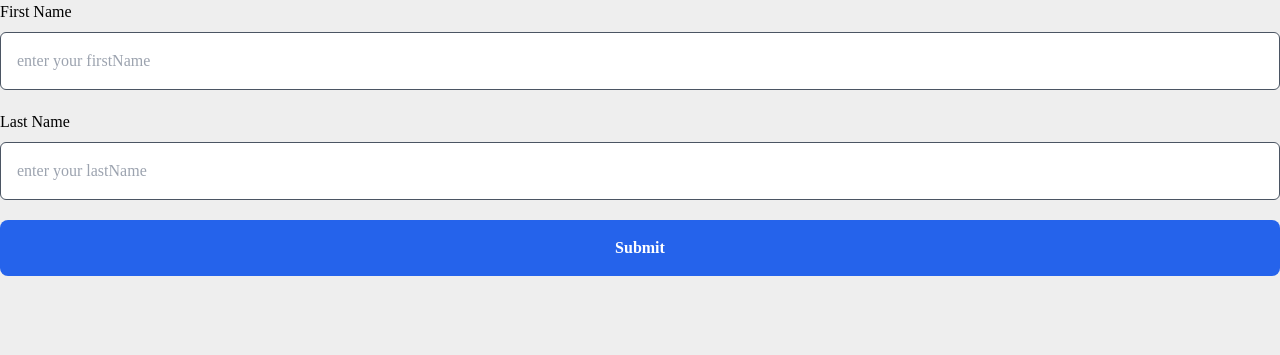
Repository: 16-Doffy/Fe-Khhoahoc
Page: /
The author's editor kept a copy of each file at every save. The page is drawn from the files as they stood at one save, then again after the next save.
The browser window is 1280 px wide. The pictures show the whole page.
The project was rebuilt for these pictures with package versions that can differ from the ones it lists, and the page was loaded fresh each time. Also part of the build but not shown: src/App.css.

Above is the page before, as saved 2025-02-11 19:47:39.

### src/index.js
import React from 'react';
import ReactDOM from 'react-dom/client';
import './index.css';
import App from './App';
import reportWebVitals from './reportWebVitals';
import "./index.scss"
const root = ReactDOM.createRoot(document.getElementById('root'));
root.render(
  <React.StrictMode>
    <App />
  </React.StrictMode>
);

// If you want to start measuring performance in your app, pass a function
// to log results (for example: reportWebVitals(console.log))
// or send to an analytics endpoint. Learn more: https://bit.ly/CRA-vitals
reportWebVitals();

### src/App.js
import "./App.css";
import SignUpFormV2 from "./components/Form/SignUpFormV2";


function App() {
  return (
    <div>
      <SignUpFormV2 />
    </div>
  );
}

export default App;

//<CardList><Card2/>
// const theme = {
//   //wanna change color in the future come here to change
//   colors: {
//     blue: "#2979ff",
//   },
//   orange: "#ffa440",
// };
// {/* <ThemeProvider theme={theme}>
// <CardList>
// <Card2 secondary={true}></Card2>
// <Card2 secondary={false}></Card2>
// <Card2 secondary={true}></Card2>
// <Card2 secondary={false}></Card2>
// <Card2 secondary={true}></Card2>
//  </CardList>
// </ThemeProvider> */}

### src/index.scss
@tailwind base;
@tailwind components;
@tailwind utilities;

@layer base {
    @import url("https://fonts.googleapis.com/css2?family=Poppins:ital,wght@0,100;0,200;0,300;0,400;0,500;0,600;0,700;0,800;0,900;1,100;1,200;1,300;1,400;1,500;1,600;1,700;1,800;1,900&display=swap");
    body{
        font-family: "Poppins", serif;
    }
}
.skeleton {
    background-color: #eee;
    background-image: linear-gradient(110deg, #ececec, 8%,#f5f5f5, 18% , #ececec, 33%);
    border-radius: 5px;
    background-size: 200% 100%;
    animation:  1.5 shine linear infinite;
}
@keyframes shine {
    to {
        background-position-x:-200% ;
    }
}

### src/components/Form/SignUpFormV2.js
import React from "react";
import { Formik, Form, Field, ErrorMessage } from "formik";
import * as Yup from "yup";

const SignUpFormV2 = () => {
  return (
    <Formik
      initialValues={{
        firstName: "",
        lastName: "",
      }}
      validationSchema={Yup.object({
        firstName: Yup.string()
          .max(20, "Must be 20 characters or less")
          .required("Required"),
        lastName: Yup.string()
          .max(10, "Must be 10 characters or less")
          .required("Required"),
      })}
      onSubmit={(values) => {
        console.log("value", values);
      }}
      className="p-10 w-full max-w-[500px] mx-auto"
    >
    <Form>
      <div className="flex flex-col gap-2 mb-5">
        <label htmlFor="firstName">First Name</label>
        <input
          type="text"
          id="firstName"
          placeholder="enter your firstName"
          className="p-4 rounded-md border border-gray-600"
        />
      </div>

      <div className="flex flex-col gap-2 mb-5">
        <label htmlFor="lastName">Last Name</label>
        <input
          type="text"
          id="lastName"
          placeholder="enter your lastName"
          className="p-4 rounded-md border border-gray-600"
        />
      </div>

      <div>
        <button
          type="submit"
          className="w-full p-4 bg-blue-600 text-white font-semibold rounded-lg"
        >
          Submit
        </button>
      </div>
      </Form>
    </Formik>
  );
};

export default SignUpFormV2;

### tailwind.config.js
/** @type {import('tailwindcss').Config} */
module.exports = {
  mode: "jit",
  content: ["./src/**/*.{html,js}"],
  theme: {
    extend: {
      backgroundImage: {
        'radiant': `linear-gradient(0.25turn, #3f87a6, #ebf8e1, #f69d3c)`,
        'footer-texture': "url('/img/footer-texture.png')", // Sửa ở đây
        'secondary-radiant': `linear-gradient(#e66465, #9198e5)`,
      },
    },
  },
  plugins: [],
}

Loaded but not shown: public/index.html (common file); src/index.css (common file); src/reportWebVitals.js (common file)

After the next save:
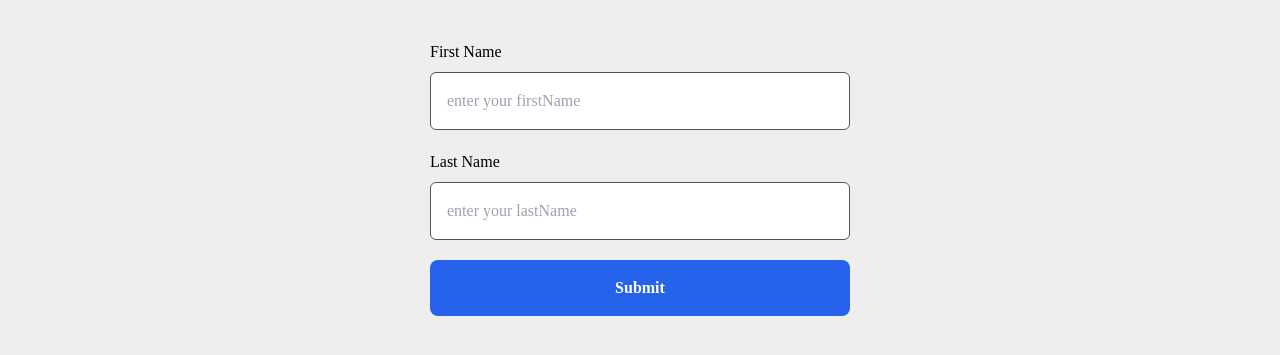
Saved 39 s later.
--- a/src/components/Form/SignUpFormV2.js
+++ b/src/components/Form/SignUpFormV2.js
@@ -20,37 +20,37 @@ const SignUpFormV2 = () => {
       onSubmit={(values) => {
         console.log("value", values);
       }}
-      className="p-10 w-full max-w-[500px] mx-auto"
+
     >
-    <Form>
-      <div className="flex flex-col gap-2 mb-5">
-        <label htmlFor="firstName">First Name</label>
-        <input
-          type="text"
-          id="firstName"
-          placeholder="enter your firstName"
-          className="p-4 rounded-md border border-gray-600"
-        />
-      </div>
+      <Form className="p-10 w-full max-w-[500px] mx-auto">
+        <div className="flex flex-col gap-2 mb-5">
+          <label htmlFor="firstName">First Name</label>
+          <input
+            type="text"
+            id="firstName"
+            placeholder="enter your firstName"
+            className="p-4 rounded-md border border-gray-600"
+          />
+        </div>
 
-      <div className="flex flex-col gap-2 mb-5">
-        <label htmlFor="lastName">Last Name</label>
-        <input
-          type="text"
-          id="lastName"
-          placeholder="enter your lastName"
-          className="p-4 rounded-md border border-gray-600"
-        />
-      </div>
+        <div className="flex flex-col gap-2 mb-5">
+          <label htmlFor="lastName">Last Name</label>
+          <input
+            type="text"
+            id="lastName"
+            placeholder="enter your lastName"
+            className="p-4 rounded-md border border-gray-600"
+          />
+        </div>
 
-      <div>
-        <button
-          type="submit"
-          className="w-full p-4 bg-blue-600 text-white font-semibold rounded-lg"
-        >
-          Submit
-        </button>
-      </div>
+        <div>
+          <button
+            type="submit"
+            className="w-full p-4 bg-blue-600 text-white font-semibold rounded-lg"
+          >
+            Submit
+          </button>
+        </div>
       </Form>
     </Formik>
   );
